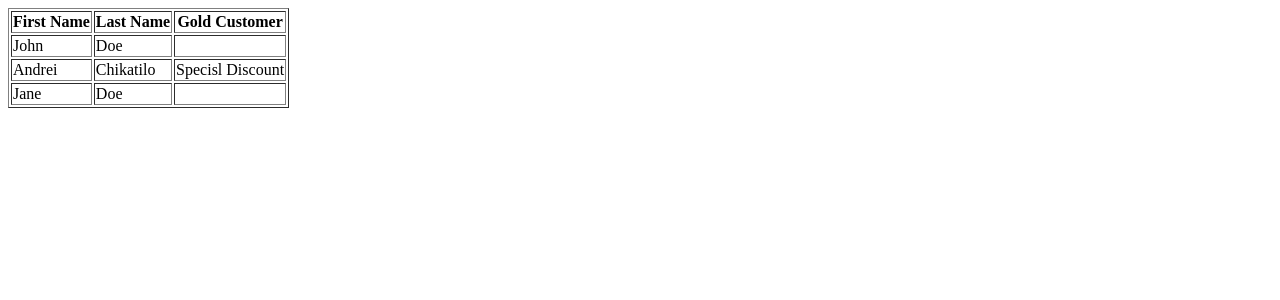
Repository: atonizer/workspace
Page: http://localhost/tagdemo/if-student-test.jsp
An editor plug-in stored every save of this project. The page is shown before and after the next save, followed by the edit.
The browser window is 1280 px wide. The pictures show the whole page.
The page is served by Tomcat 9.

Above is the page before, as saved 2016-08-22 14:01:50.

After the next save:
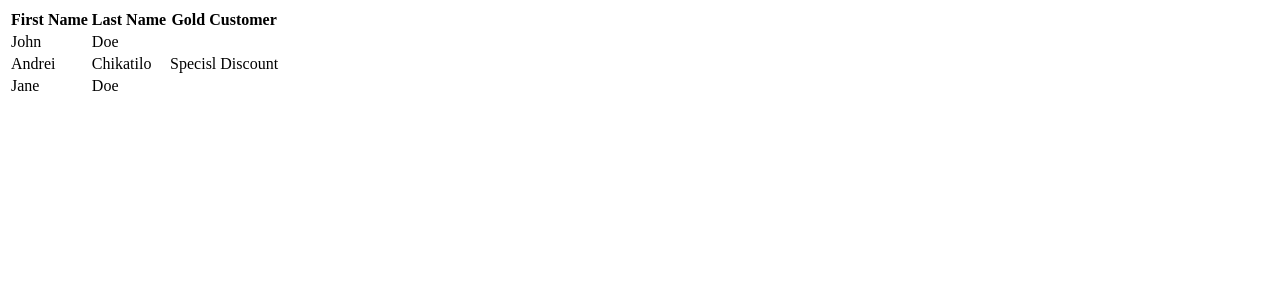
Saved 54 s later.
--- a/tagdemo/WebContent/if-student-test.jsp
+++ b/tagdemo/WebContent/if-student-test.jsp
@@ -20,7 +20,7 @@
 %>
 <body>
 
-	<table border="1">
+	<table border="0.5">
 		<tr>
 			<th>First Name</th>
 			<th>Last Name</th>

After the save that followed:
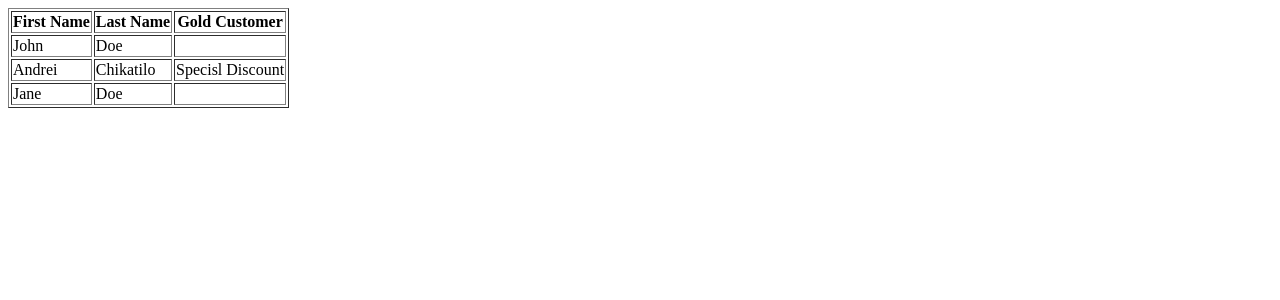
Saved 17 s later.
--- a/tagdemo/WebContent/if-student-test.jsp
+++ b/tagdemo/WebContent/if-student-test.jsp
@@ -20,7 +20,7 @@
 %>
 <body>
 
-	<table border="0.5">
+	<table border=".5">
 		<tr>
 			<th>First Name</th>
 			<th>Last Name</th>
